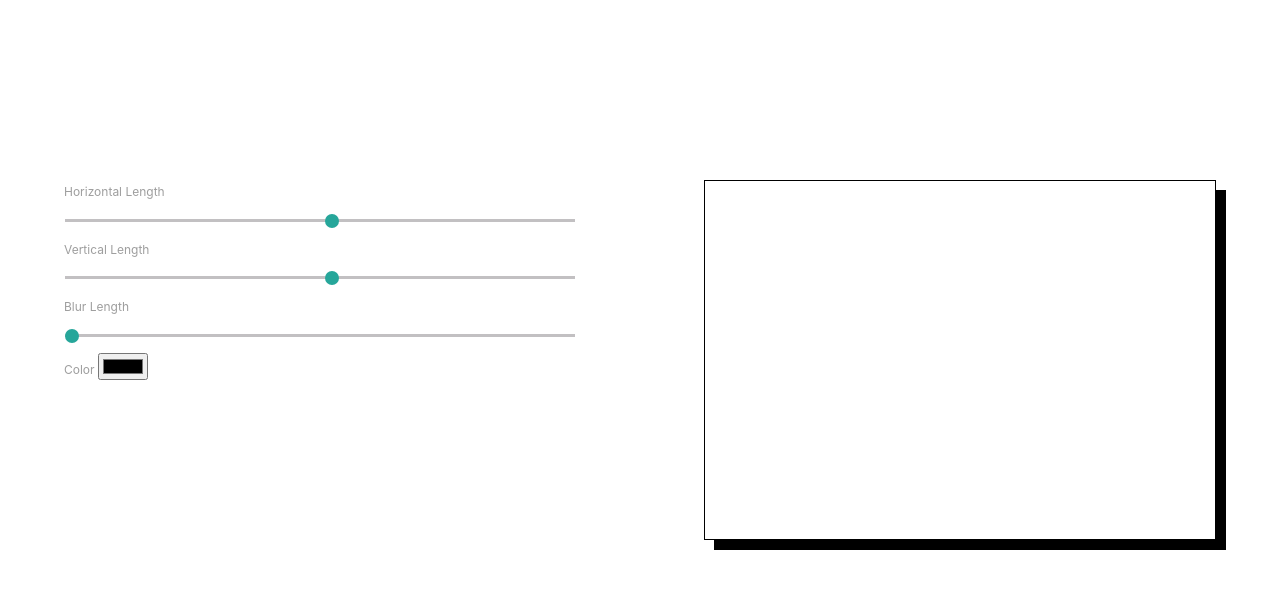
Repository: imrvj/Box-Shadow
Page: /
An editor plug-in stored every save of this project. The page is shown before and after the next save, followed by the edit.
The browser window is 1280 px wide. The pictures show the whole page.
The project was rebuilt for these pictures with package versions that can differ from the ones it lists, and the page was loaded fresh each time.

Above is the page before, as saved 2020-02-19 23:36:09.

### public/index.html
<!DOCTYPE html>
<html lang="en">
  <head>
    <meta charset="utf-8" />
    <link rel="icon" href="%PUBLIC_URL%/favicon.ico" />
    <meta name="viewport" content="width=device-width, initial-scale=1" />
    <meta name="theme-color" content="#000000" />
    <meta
      name="description"
      content="Web site created using create-react-app"
    />
    <link rel="apple-touch-icon" href="%PUBLIC_URL%/logo192.png" />
    <!--
      manifest.json provides metadata used when your web app is installed on a
      user's mobile device or desktop. See https://developers.google.com/web/fundamentals/web-app-manifest/
    -->
    <link rel="manifest" href="%PUBLIC_URL%/manifest.json" />
    <!--
      Notice the use of %PUBLIC_URL% in the tags above.
      It will be replaced with the URL of the `public` folder during the build.
      Only files inside the `public` folder can be referenced from the HTML.

      Unlike "/favicon.ico" or "favicon.ico", "%PUBLIC_URL%/favicon.ico" will
      work correctly both with client-side routing and a non-root public URL.
      Learn how to configure a non-root public URL by running `npm run build`.
    -->
    <!-- Compiled and minified CSS -->
    <link rel="stylesheet" href="https://cdnjs.cloudflare.com/ajax/libs/materialize/1.0.0/css/materialize.min.css">

    <title>React App</title>
  </head>
  <body>
    <noscript>You need to enable JavaScript to run this app.</noscript>
    <div id="root"></div>
    <!--
      This HTML file is a template.
      If you open it directly in the browser, you will see an empty page.

      You can add webfonts, meta tags, or analytics to this file.
      The build step will place the bundled scripts into the <body> tag.

      To begin the development, run `npm start` or `yarn start`.
      To create a production bundle, use `npm run build` or `yarn build`.
    -->
       <!-- Compiled and minified JavaScript -->
       <script src="https://cdnjs.cloudflare.com/ajax/libs/materialize/1.0.0/js/materialize.min.js"></script>

  </body>
</html>

### src/App.js
import React, { useState } from 'react';

import './App.css';

function App() {
  const [Hori, setHori] = useState(10)
  const [Veri, setVeri] = useState(10)
  const [Blur, setBlur] = useState(0)
  const [Color, setColor] = useState("black")
  return (
    <div className="App">

      <div className="controls">
      <label>Horizontal Length</label>
      <input type="range"  min="-200" max="200" value={Hori} onChange={(e)=>setHori(e.target.value)}/>
      <label>Vertical Length</label>
      <input type="range"  min="-200" max="200" value={Veri} onChange={(e)=>setVeri(e.target.value)}/>
      <label>Blur Length</label>
      <input type="range"  min="0" max="200" value={Blur} onChange={(e)=>setBlur(e.target.value)}/>
      <label>Color </label>
      <input type="color"  min="0" max="200" value={Color} onChange={(e)=>setColor(e.target.value)}/>
     </div>
      <div className="output">
        <div className="Box" style={{boxShadow:`${Hori}px ${Veri}px ${Blur}px ${Color}`}}></div>
      </div>
    </div>
  );
}

export default App;

### src/App.css
.App
{
    display: flex;
    justify-content: space-around;
    height: 100vh;
    align-items: center;
}

.Box
{
    width: 40vw;
    height: 50vh;
    border: solid 1px black;
    background-color: blueviolet, orange;
    color:white;
}

.controls
{
    width: 40vw;
    height: 50vh;
}

Loaded but not shown: src/index.js (common file); src/index.css (common file); src/serviceWorker.js (common file)

After the next save:
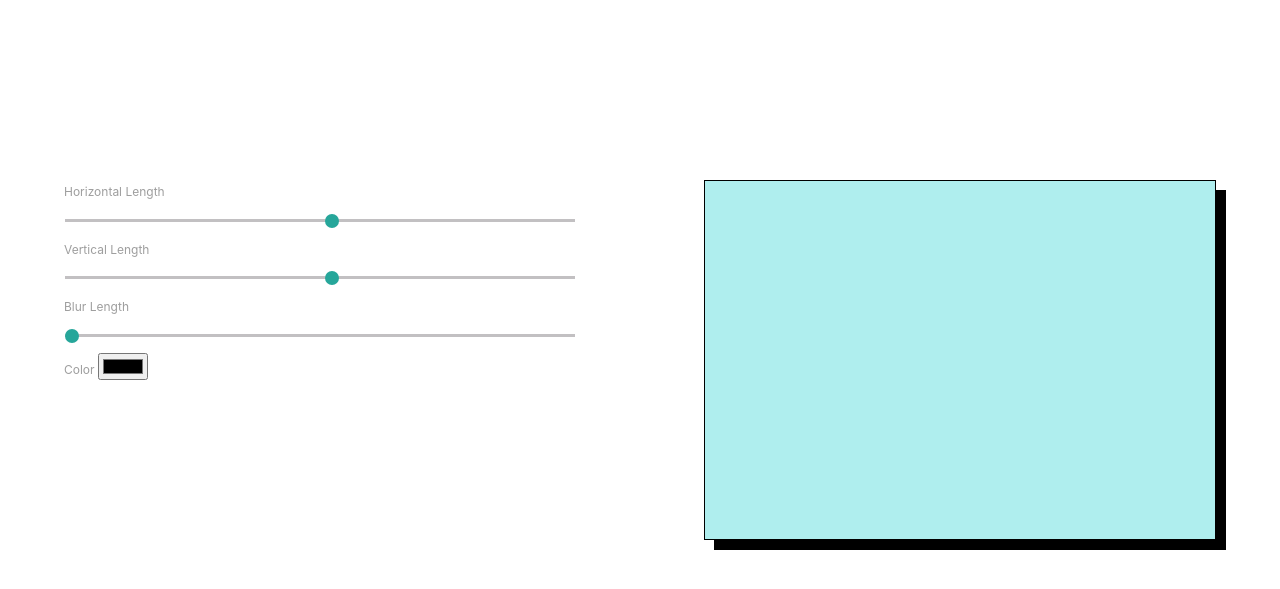
Saved 12 s later.
--- a/src/App.css
+++ b/src/App.css
@@ -11,7 +11,7 @@
     width: 40vw;
     height: 50vh;
     border: solid 1px black;
-    background-color: blueviolet, orange;
+    background-color: paleturquoise;
     color:white;
 }
 
